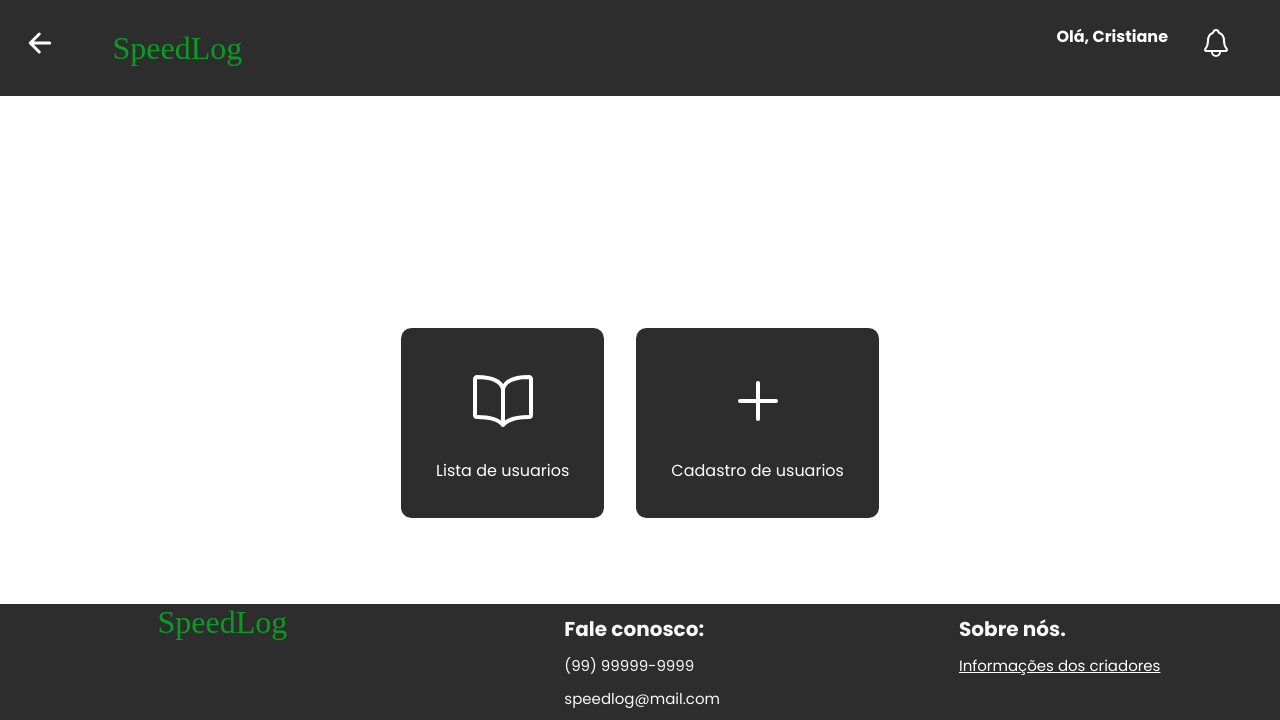
Repository: crisholiveira/speedlog
Page: http://localhost/usuarios
The author's editor kept a copy of each file at every save. The page is drawn from the files as they stood at one save, then again after the next save.
The browser window is 1280 px wide. The pictures show the whole page.
Some web fonts or font styles are not loaded; a fallback is used. The page is served by the project's Node server (app.js).

Above is the page before, as saved 2022-01-29 13:52:19.

After the next save:
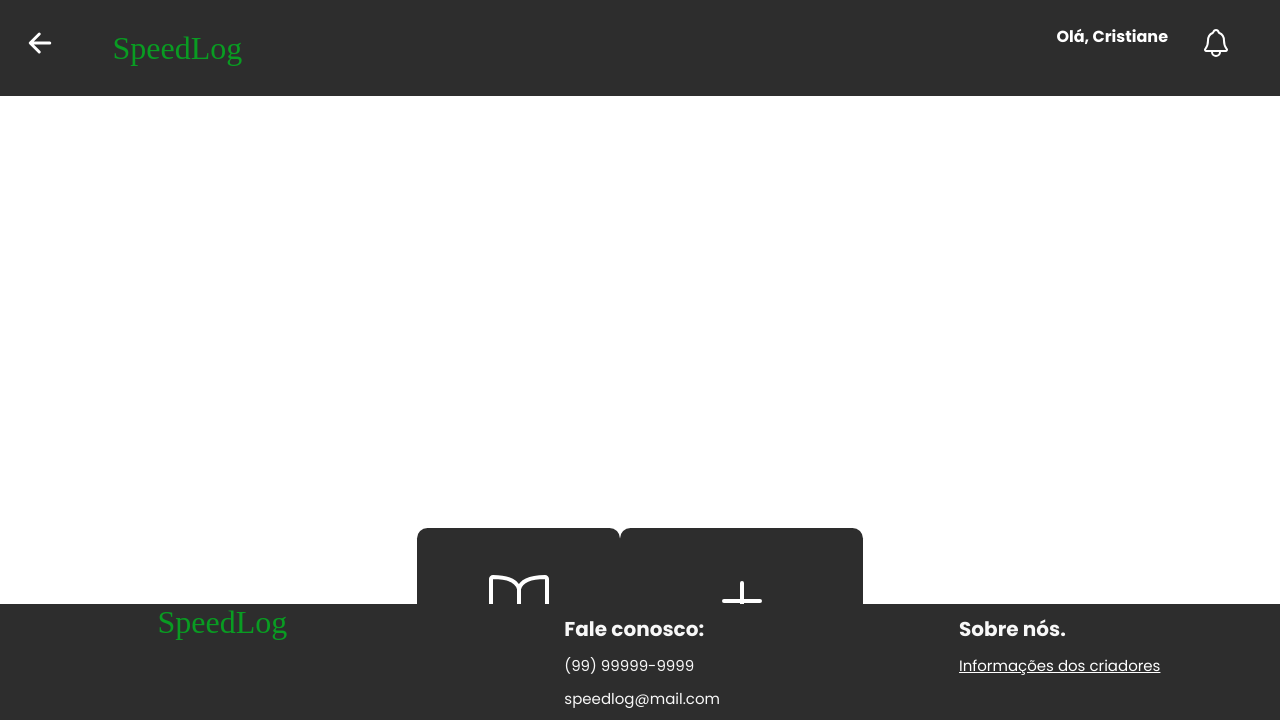
Saved 2 min 23 s later.
--- a/public/stylesheets/usuarios.css
+++ b/public/stylesheets/usuarios.css
@@ -13,7 +13,7 @@
         background-color:#2d2d2d;
         min-height: 20vh;
         min-width: 25vh;
-        margin: 1rem;
+        margin-top: 30vh;
         padding: 35px;
         border-radius: 10.5px;
         text-align: center;
